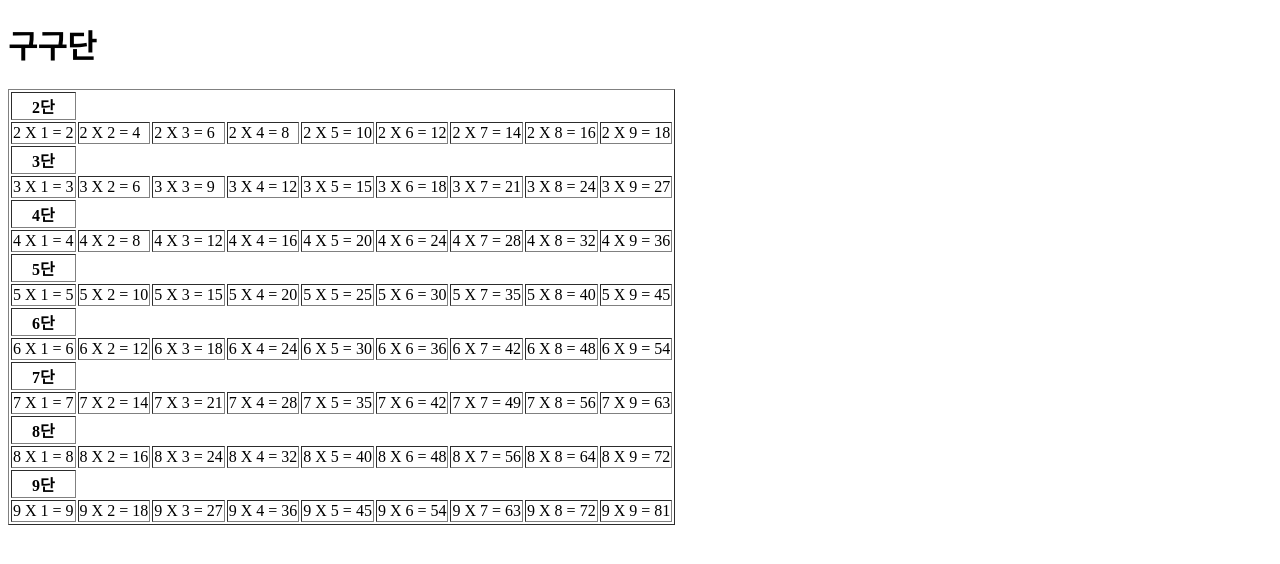
Repository: lhk21go-commits/Jsp2026
Page: http://localhost/chapter01/test02.jsp
An editor plug-in stored every save of this project. The page is shown before and after the next save, followed by the edit.
The browser window is 1280 px wide. The pictures show the whole page.
The page is served by Tomcat 9.

Above is the page before, as saved 2026-10-16 03:20:54.

After the next save:
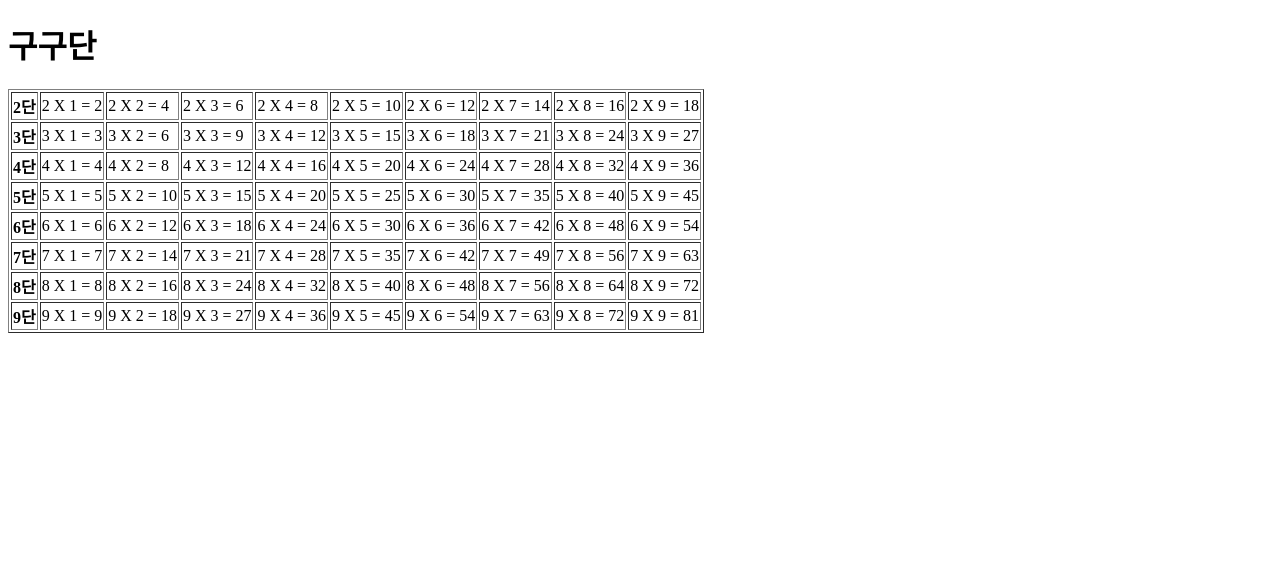
Saved 59 min 3 s later.
--- a/chapter01/src/main/webapp/test02.jsp
+++ b/chapter01/src/main/webapp/test02.jsp
@@ -11,7 +11,7 @@
 	<h1>구구단</h1>
 	<table border=1>
 <%	for(int i=2; i<=9; i++){%>
-		<tr><th><%=i+"단" %></th><tr>
+		<tr><th><%=i+"단" %></th>
 		<% for(int j=1; j<=9; j++){	%>
 			<td><%= i + " X " + j + " = "+ i*j %></td>
 			<%-- <%=i%>*<%=X%>=<%=i*j%><br/> --%>
